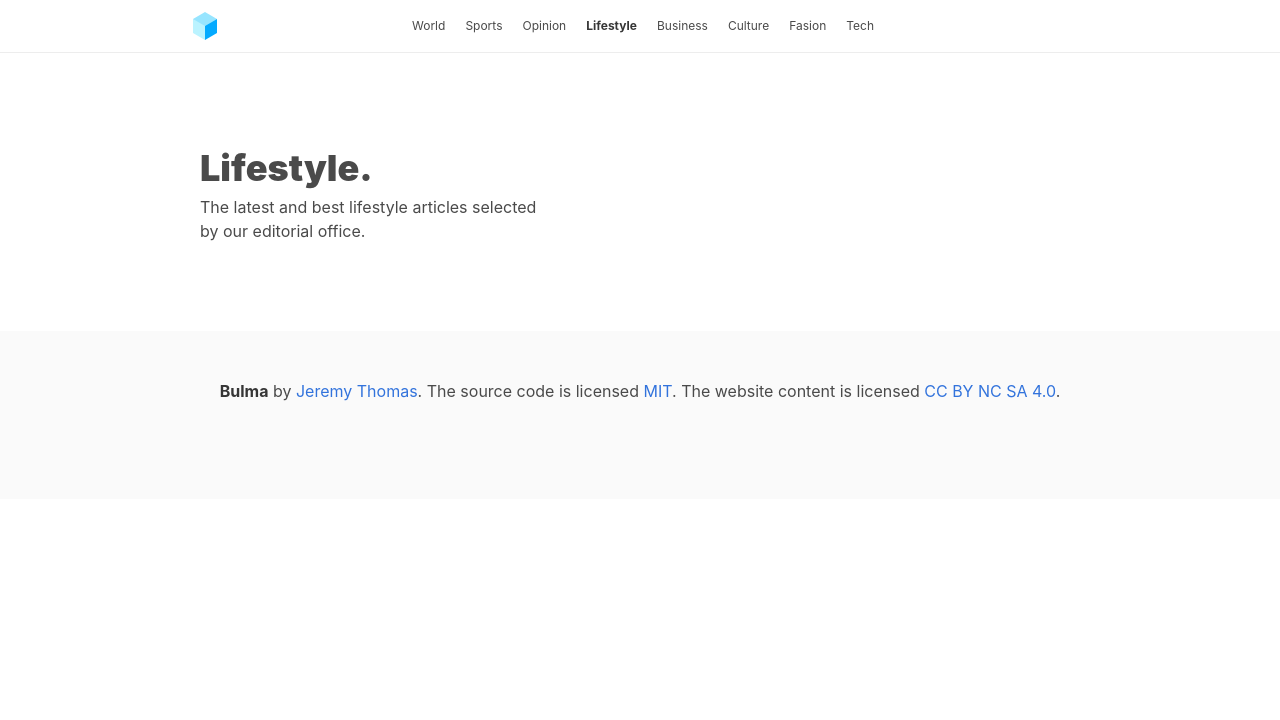
Repository: DOODpls/js_ass1
Page: index.html
An editor plug-in stored every save of this project. The page is shown before and after the next save, followed by the edit.
The browser window is 1280 px wide. The pictures show the whole page.

Above is the page before, as saved 2019-11-22 18:47:56.
Console error: SyntaxError: Invalid left-hand side in assignment

### index.html
<!DOCTYPE html>
<html>
<head>
    <title></title>
    <link rel="stylesheet" href="https://cdnjs.cloudflare.com/ajax/libs/bulma/0.7.5/css/bulma.min.css" integrity="sha256-vK3UTo/8wHbaUn+dTQD0X6dzidqc5l7gczvH+Bnowwk=" crossorigin="anonymous" />
    <link rel="stylesheet" type="text/css" href="./styles.css">
</head>
<body>

    <nav class="navbar">
        <div class="container">
            <div class="logo"></div>
            <ul>
                <li>World</li>
                <li>Sports</li>
                <li>Opinion</li>
                <li><strong>Lifestyle</strong></li>
                <li>Business</li>
                <li>Culture</li>
                <li>Fasion</li>
                <li>Tech</li>
            </ul>
            <span class="icon">
              <i class="ion-ionic" style='color: black; background: black;'></i>
            </span>
        </div>
    </nav>

    <section class="section">
        <div class="container">
            <div style='margin: 40px 10px 40px'>
                <h1>Lifestyle.</h1>
                <p>The latest and best lifestyle articles selected<br/>
                    by our editorial office.
                </p>
            </div>
        </div>
        <div class="container">
            <div class='card-row' id='content'></div>
        </div>
    </section>

    <footer class="footer">
        <div class="content has-text-centered">
            <p>
                <strong>Bulma</strong> by <a href="https://jgthms.com">Jeremy Thomas</a>. The source code is licensed
                <a href="http://opensource.org/licenses/mit-license.php">MIT</a>. The website content
                is licensed <a href="http://creativecommons.org/licenses/by-nc-sa/4.0/">CC BY NC SA 4.0</a>.
            </p>
        </div>
    </footer>

    <script type="text/javascript" src='./app.js'></script>
</body>
</html>

### styles.css
/* - - - - - - - - - - - - - - - - - - - - - - - - - - - - - -
GENERAL
- - - - - - - - - - - - - - - - - - - - - - - - - - - - - - */
h1 {
    font-size: 36px;
    font-weight: 900;
}

.container {
    max-width: 900px;
}

/* - - - - - - - - - - - - - - - - - - - - - - - - - - - - - -
NAV
- - - - - - - - - - - - - - - - - - - - - - - - - - - - - - */
nav {
    border-bottom: 1px solid #ededed;
}

.navbar > .container {
    display: flex;
    align-items: center;
    justify-content: space-between;
}

nav .container ul {
    display: flex;
}

nav .container ul li {
    margin: 0 10px;
    font-size: 12px;
}

.logo {
    background: url('./img/logo.svg');
    background-size: 24px;
    background-position: center;
    background-repeat: no-repeat;

    height: 30px;
    width: 30px;
}

@media (max-width: 600px) {
    nav .container {
        padding: 0 30px;
    }

    nav .container ul {
        display: none;
    }
}

/* TILES */
.card-row {
    display: flex;
    flex-wrap: wrap;
}

.card {
    height: 280px;
    border-radius: 10px;
    background: rgba(23, 35, 50, 1);
    flex: 1 230px;
    margin: 10px;
    padding: 20px;
    position: relative;
    box-shadow: 2px 8px 9px 0px rgba(0, 0, 0, 0.14),
        11px 11px 6px rgba(0, 0, 0, 0.05);
}

.card .buy-button {
    position: absolute;
    bottom: 20px;
    left: 20px;
    background: white;
    color: black;
    border-radius: 4px;
    padding: 8px 20px;
    font-size: 12px;
    font-weight: 700;
}

.card .topic {
    color: white;
    font-weight: 300;
    font-size: 12px;
    text-transform: uppercase;
    margin-bottom: 5px;
}
.card .title {
    color: white;
    font-weight: 700;
    font-size: 22px;
}

### app.js
const green = 'rgba(118,174, 170, 1)'
const black = 'rgba(23,35, 50, 1)'
const brown = 'rgba(205,164, 133, 1)'
const greenblue = 'rgba(62,171, 201, 1)'
const pink = 'rgba(254,156, 161, 1)'
const blue = 'rgba(98,189, 254, 1)'

const data = [
    {
        topic: 'Food',
        title: 'Wake Up and Smell the Coffee',
        price: '$0.90',
        color: green
    },
    {
        topic: 'Architecture',
        title: 'The Brand New NASA Office',
        price: '$0.19',
        color: black
    },
    {
        topic: 'Travel',
        title: 'Experience the Saharan Sands',
        price: '$2.29',
        color: brown
    },
    {
        topic: 'Interior',
        title: '9 Air-Cleaning Plants Your Home Needs',
        price: '$0.09',
        color: greenblue
    },
    {
        topic: 'Food',
        title: 'One Month Sugar Detox',
        price: '$0.99',
        color: pink
    },
    {
        topic: 'Photography',
        title: 'Shooting Minimal Instagram Photos',
        price: '$0.29',
        color: blue
    }
]

// Instructions
// Take the data above and display it as tiles on the page
        //tried to do sort, but i suck
        // const button1 = document.querySelector('body section .container')
        // const btn1 = document.createElement('button')
        // btn1.className= 'buy-button'
        // btn1.id = "butt1"
        // button1.appendChild(btn1)

        // function sort1(){
        //     data.sort((a, b) => (a.topic > b.topic) ? 1 : -1)
        // }

        // const button2 = document.querySelector('#butt1')
        // button2.addEventListener('click', function(event) {
        //     sort1()
        // })

    // for(i=0; i<data.length; i++){
    //     let heig
    //     if(i % 2 == 0){
    //         heig = '500px'
    //     }

    //     const tilers = document.querySelector('#content')
    //     const divr = document.createElement('div')
    //     divr.className= 'card'
    //     divr.style.backgroundColor = data[i].color
    //     divr.style.flex = heig
    //     divr.id = 'divtile'+ i
    //     tilers.appendChild(divr)

    //     const p1 = document.querySelector('#divtile'+i)
    //     const pr1 = document.createElement('p')
    //     pr1.textContent = data[i].topic
    //     pr1.className= 'topic'
    //     p1.appendChild(pr1)

    //     const p2 = document.querySelector('#divtile'+i)
    //     const pr2 = document.createElement('p')
    //     pr2.textContent = data[i].title
    //     pr2.className= 'title'
    //     p2.appendChild(pr2)

    //     const btn1 = document.querySelector('#divtile'+i)
    //     const btr2 = document.createElement('button')
    //     btr2.textContent = data[i].price
    //     btr2.className= 'buy-button'
    //     btn1.appendChild(btr2)
    // }

    data.forEach(function(item)
    {
        const tilers = document.querySelector('#content')
        const divr = document.createElement('div')
        divr.className= 'card'
        divr.style.backgroundColor = item.color
        divr.id = 'divtile'
        tilers.appendChild(divr)

        const p1 = document.querySelector('#divtile'+1=+)
        const pr1 = document.createElement('p')
        pr1.textContent = item.topic
        pr1.className= 'topic'
        p1.appendChild(pr1)

        const p2 = document.querySelector('#divtile')
        const pr2 = document.createElement('p')
        pr2.textContent = item.title
        pr2.className= 'title'
        p2.appendChild(pr2)

        const btn1 = document.querySelector('#divtile')
        const btr2 = document.createElement('button')
        btr2.textContent = item.price
        btr2.className= 'buy-button'
        btn1.appendChild(btr2)
    })


    //this one also works lolllll
    // data.forEach(function(items)
    // {
    // //   document.getElementById('content').innerHTML += '<div class="card" style="background-color:'+items.color+'"><p class="topic">'+items.topic+'</p><p class="title">'+items.title+'</p><button class="buy-button">'+items.price+'</button></div>';
    // })

After the next save:
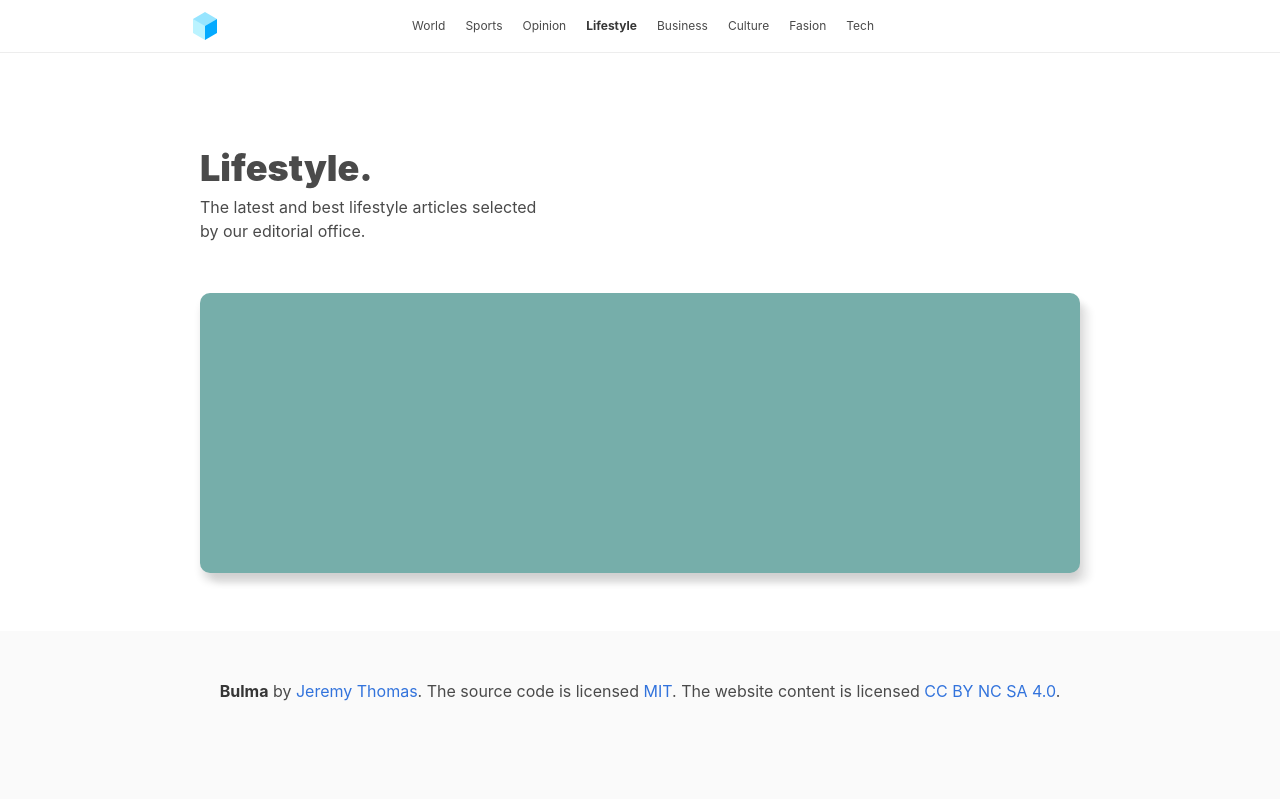
Console error: TypeError: Cannot read properties of null (reading 'appendChild')
Saved 7 s later.
--- a/app.js
+++ b/app.js
@@ -104,7 +104,7 @@ const data = [
         divr.id = 'divtile'
         tilers.appendChild(divr)
 
-        const p1 = document.querySelector('#divtile'+1=+)
+        const p1 = document.querySelector('#divtile'+1+1)
         const pr1 = document.createElement('p')
         pr1.textContent = item.topic
         pr1.className= 'topic'
